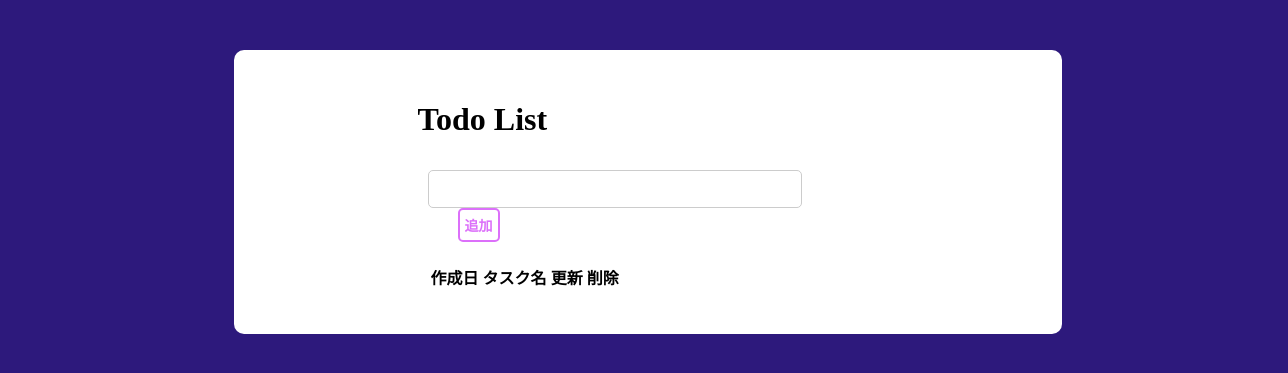
Repository: oninopantsu/20210529onoma
Page: http://localhost/todo/create
The author's editor kept a copy of each file at every save. The page is drawn from the files as they stood at one save, then again after the next save.
The browser window is 1280 px wide. The page is 1288 px wide, so the pictures cover 1288 px, including what lies to the right of the window. The pictures show the whole page.
The page is served by the project's Laravel application, run on PHP 8.4 with Laravel 8. Queries for data that is not in the repository find no rows.

Above is the page before, as saved 2021-06-05 16:33:58.

After the next save:
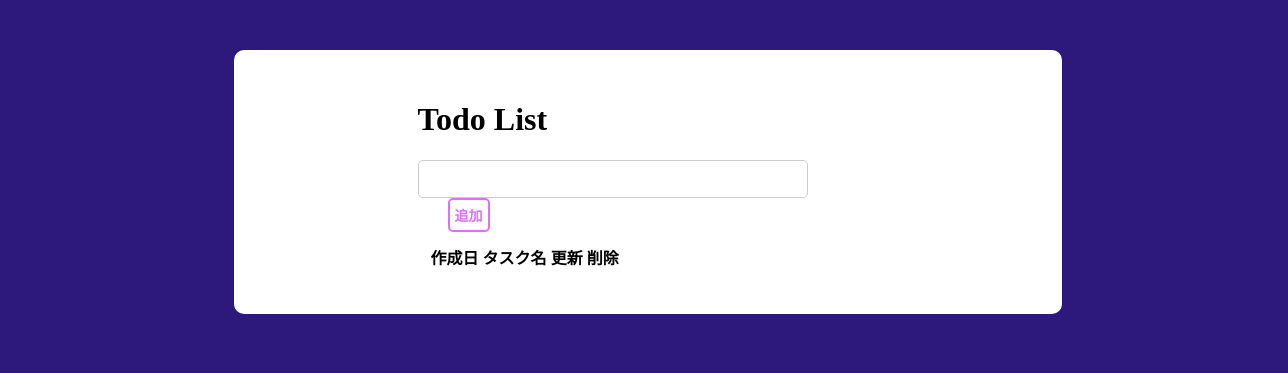
Saved 17 s later.
--- a/resources/views/index.blade.php
+++ b/resources/views/index.blade.php
@@ -71,6 +71,7 @@
       align-items: center;
       padding: 10px;
     }
+    td
 
     form {
       padding: 10px;

After the 3 saves that followed:
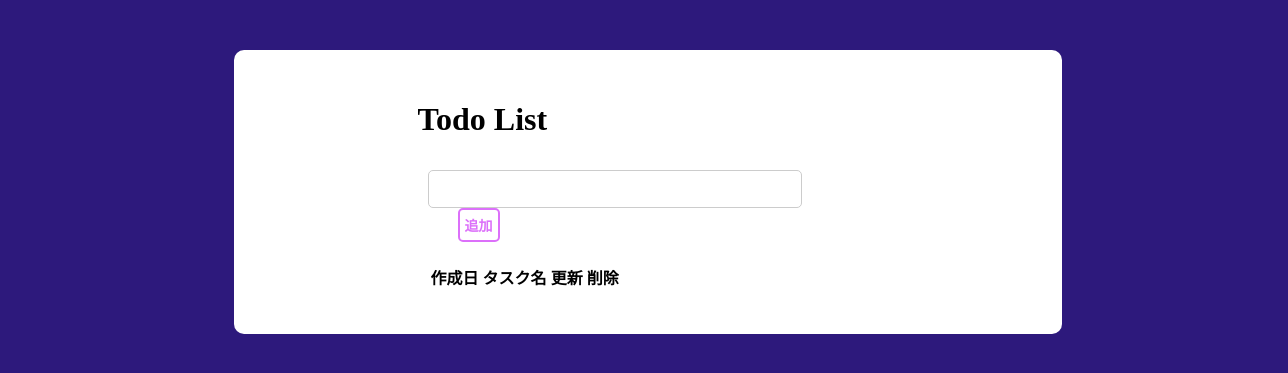
The 3 saves are shown as one change because they came seconds apart.
The last was saved 10 s later.
--- a/resources/views/index.blade.php
+++ b/resources/views/index.blade.php
@@ -71,7 +71,9 @@
       align-items: center;
       padding: 10px;
     }
-    td
+    td{
+      align-items: center;
+    }
 
     form {
       padding: 10px;
